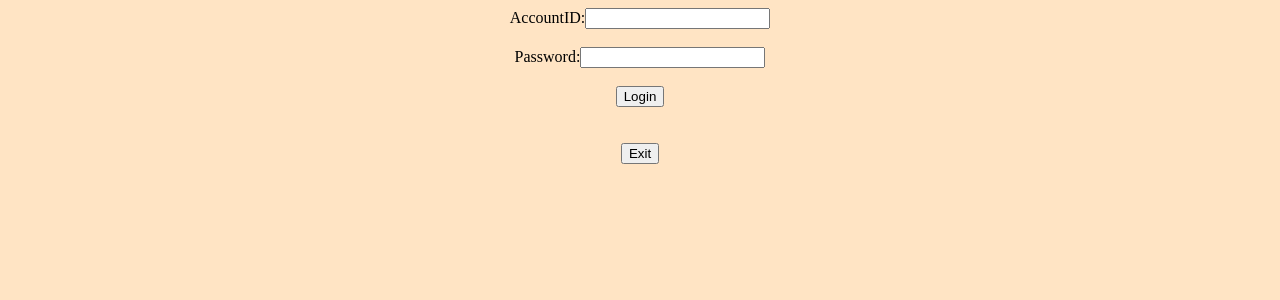
Repository: rosikraj/TurbifyTraining
Page: http://localhost/Wallet/login.jsp
An editor plug-in stored every save of this project. The page is shown before and after the next save, followed by the edit.
The browser window is 1280 px wide. The pictures show the whole page.
The page is served by Tomcat 9.

Above is the page before, as saved 2023-09-24 08:14:02.

After the next save:
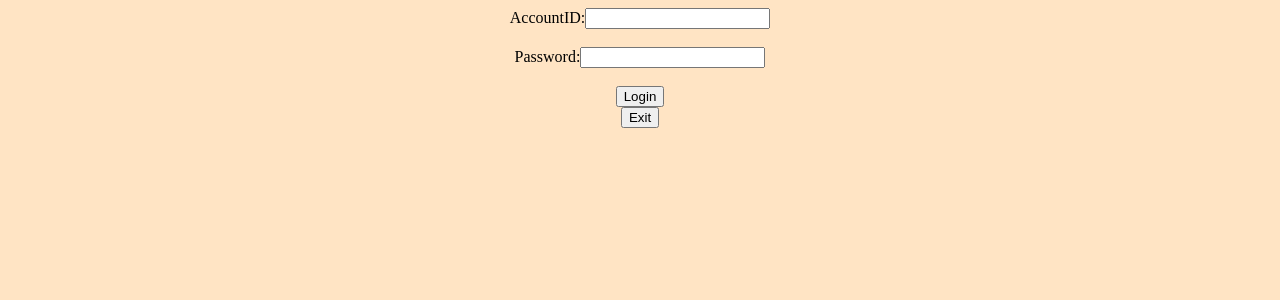
Saved 2 min 44 s later.
--- a/Wallet/WebContent/login.jsp
+++ b/Wallet/WebContent/login.jsp
@@ -19,7 +19,7 @@
 			<br> Password:<input type="password" name="password"><br>
 			<br> <input type="submit" value="Login">
 		</form>
-	<br> </br>
+
 
 	<button onclick="window.close()">Exit</button>
 
